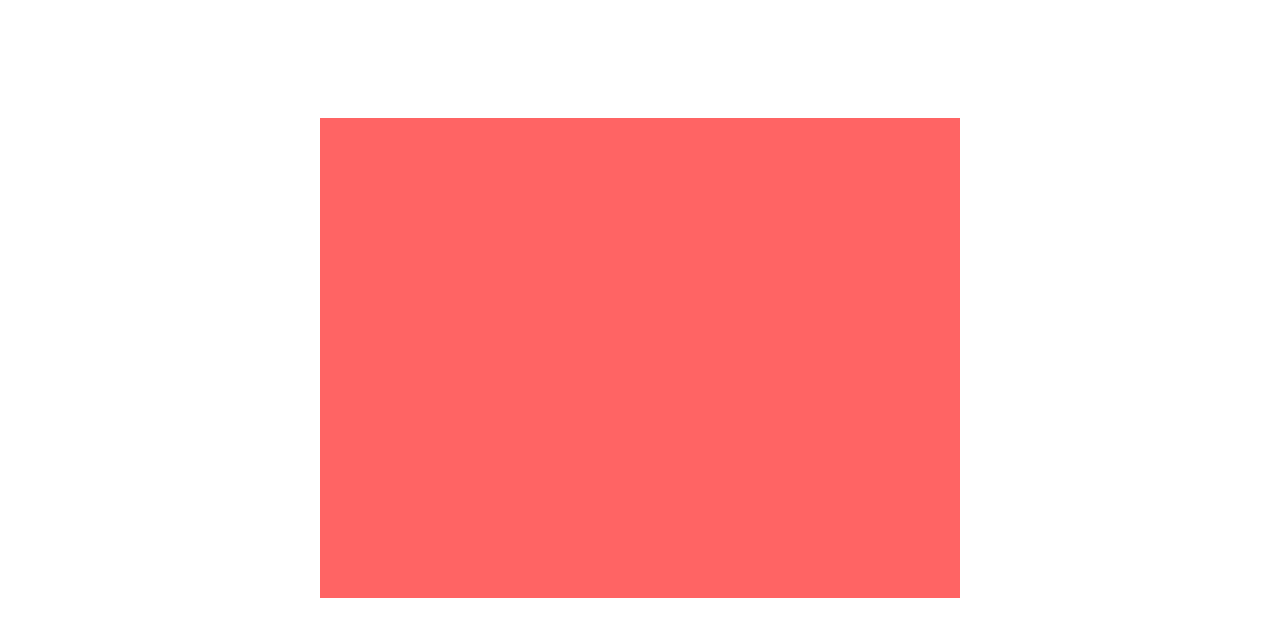
Repository: SeanHub-13/cart253
Page: topics/function-calls/index.html
The author's editor kept a copy of each file at every save. The page is drawn from the files as they stood at one save, then again after the next save.
The browser window is 1280 px wide. The pictures show the whole page.

Above is the page before, as saved 2024-09-12 11:23:29.

After the next save:
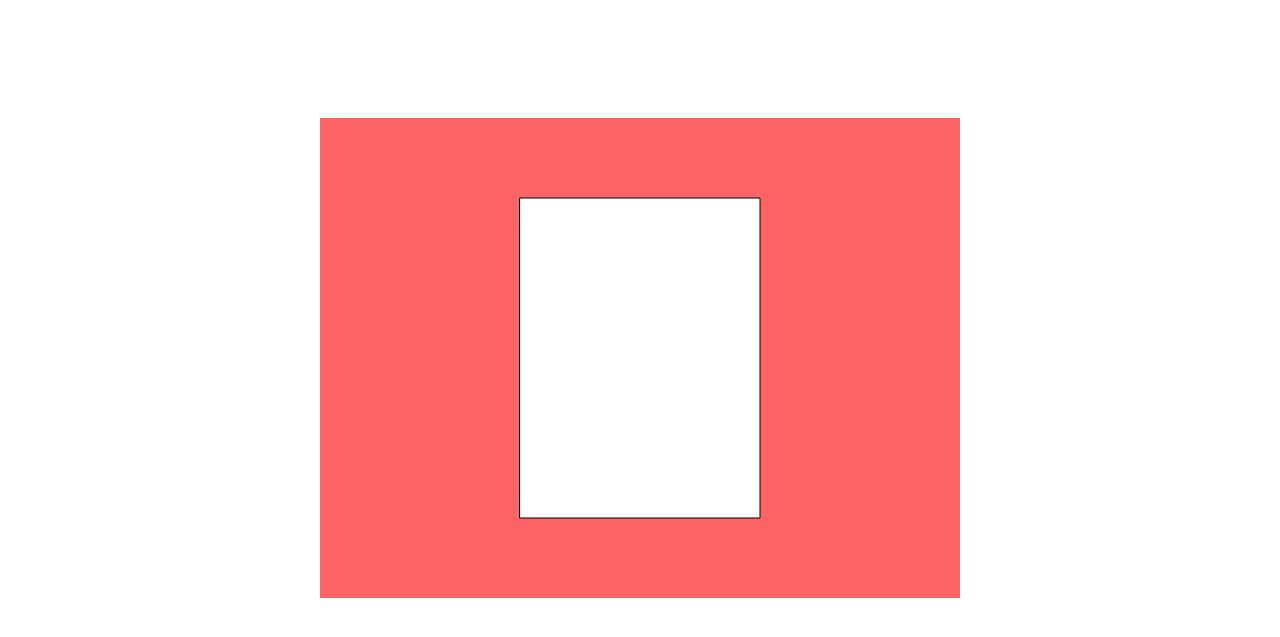
Saved 46 s later.
--- a/topics/function-calls/js/script.js
+++ b/topics/function-calls/js/script.js
@@ -13,7 +13,6 @@
 */
 function setup() {
     createCanvas(640, 480);
-    rect(200, 80, 240, 320);
 }
 
 
@@ -22,4 +21,5 @@
 */
 function draw() {
     background(255, 100, 100);
+    rect(200, 80, 240, 320);
 }
